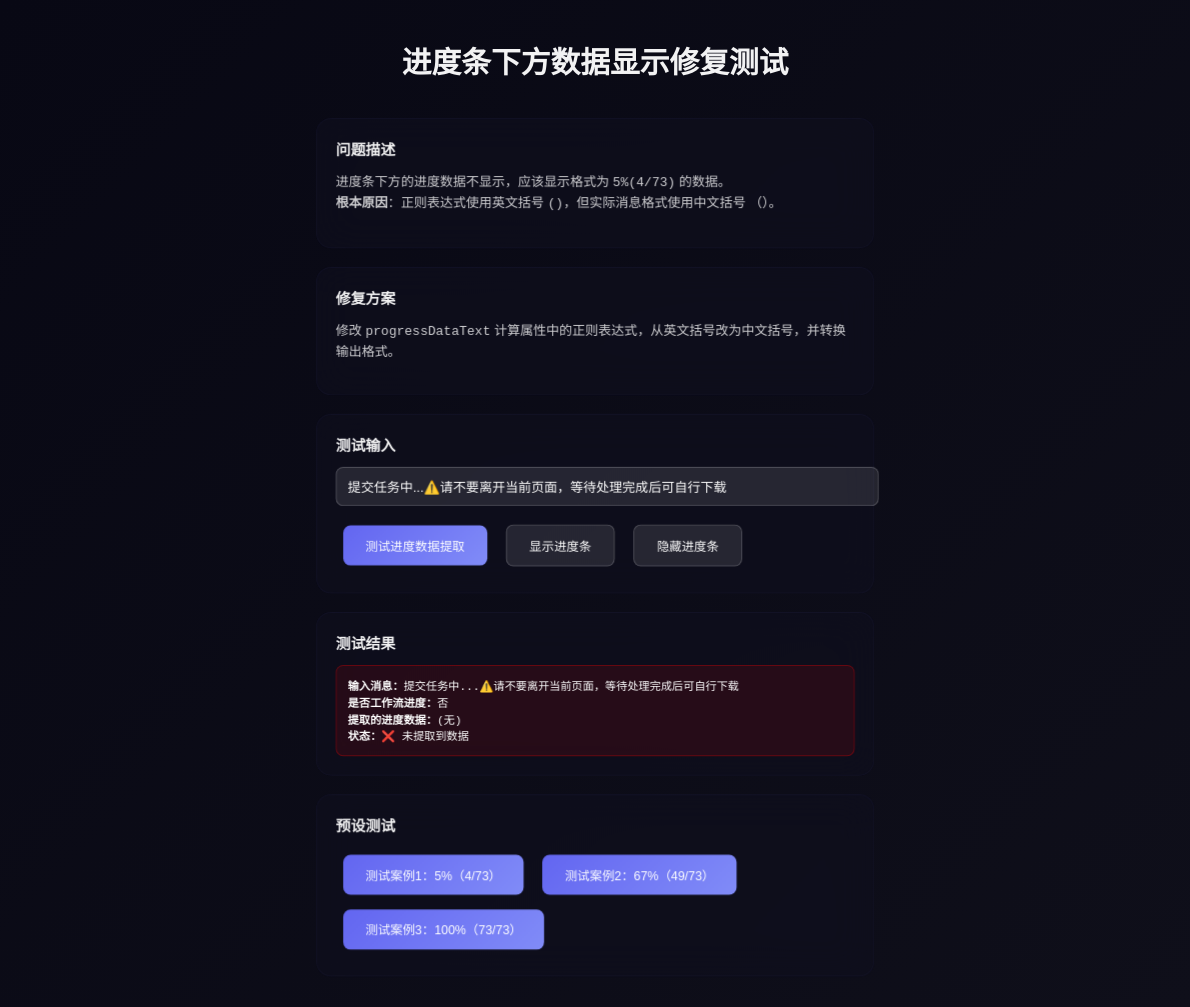
Repository: fooldychi/undress
Page: client/test-progress-fix.html
These files come from the project's save history. The page is drawn as it stood at one moment and after the next save; the edit follows.
The browser window is 1280 px wide. The pictures show the whole page, at 93% of full size.

Above is the page before, as saved 2025-07-26 14:06:24.

After the next save:
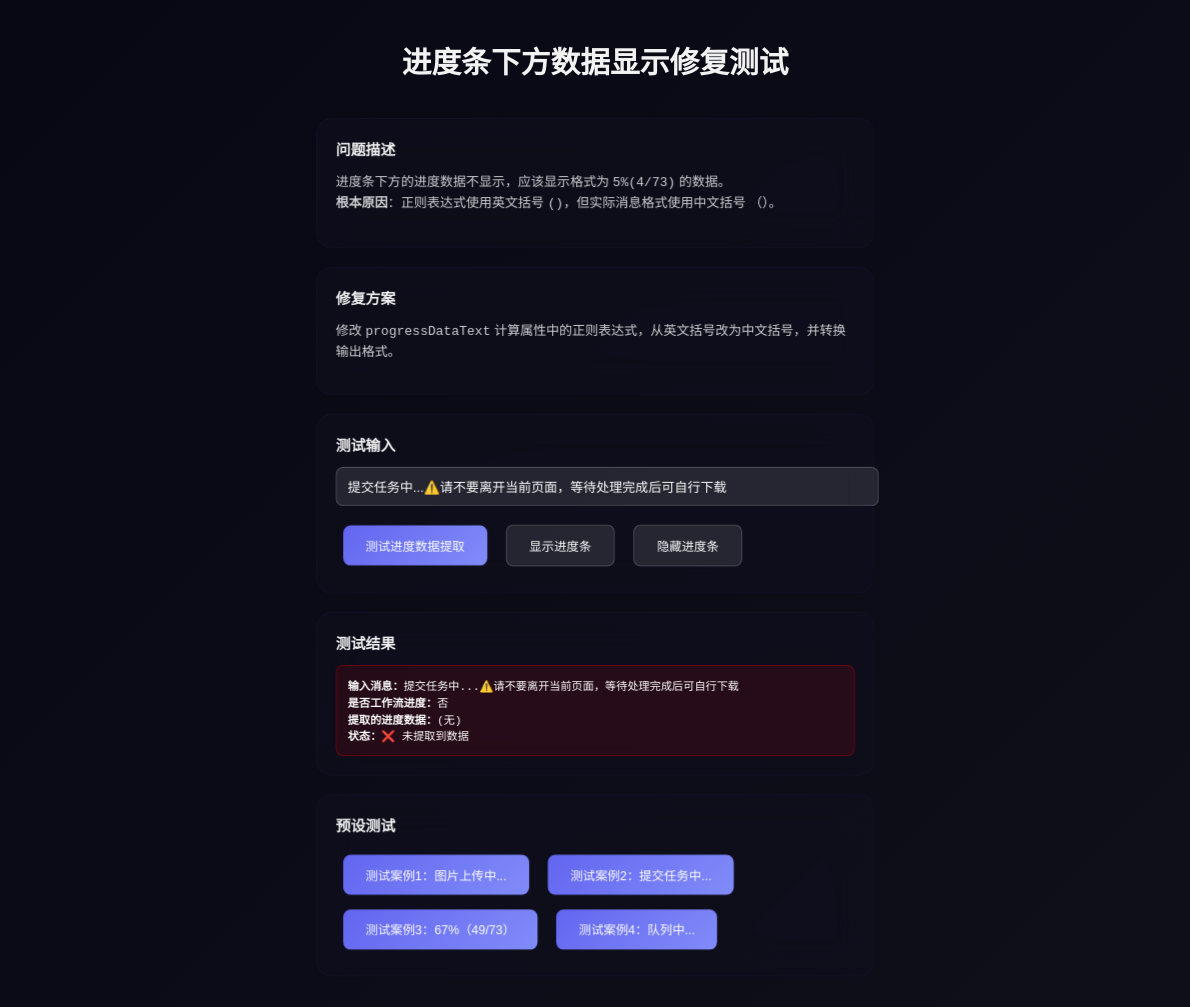
Saved 15 s later.
--- a/client/test-progress-fix.html
+++ b/client/test-progress-fix.html
@@ -246,9 +246,10 @@
 
         <div class="test-section">
             <div class="test-title">预设测试</div>
-            <button class="btn" onclick="testCase1()">测试案例1：5%（4/73）</button>
-            <button class="btn" onclick="testCase2()">测试案例2：67%（49/73）</button>
-            <button class="btn" onclick="testCase3()">测试案例3：100%（73/73）</button>
+            <button class="btn" onclick="testCase1()">测试案例1：图片上传中...</button>
+            <button class="btn" onclick="testCase2()">测试案例2：提交任务中...</button>
+            <button class="btn" onclick="testCase3()">测试案例3：67%（49/73）</button>
+            <button class="btn" onclick="testCase4()">测试案例4：队列中...</button>
         </div>
     </div>
 
